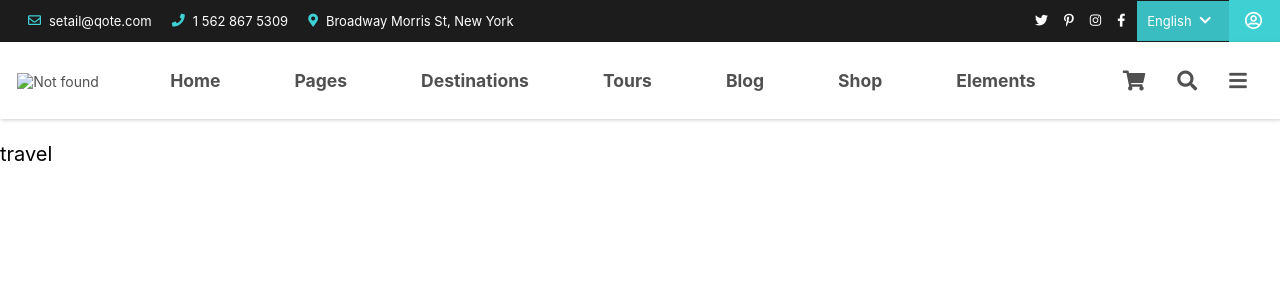
Repository: Hunga9k50doker/Setail
Page: /
These files come from the project's save history. The page is drawn as it stood at one moment and after the next save; the edit follows.
The browser window is 1280 px wide. The pictures show the whole page.
The project was rebuilt for these pictures with package versions that can differ from the ones it lists, and the page was loaded fresh each time. Also part of the build but not shown: src/views/home/exoticDestinations/exotic.js, src/views/home/winterHoliday/winter.js, src/views/pages/aboutUs/about.js, src/views/pages/ourTeam/ourTeam.js, src/views/pages/whatWeOffer/offer.js, src/views/destinations/destinationsItem/item.js, src/views/destinations/destinationsList/list.js, src/views/destinations/destinationsSlider/slider.js and 27 more.

Above is the page before, as saved 2021-10-22 14:53:51.

After the next save:
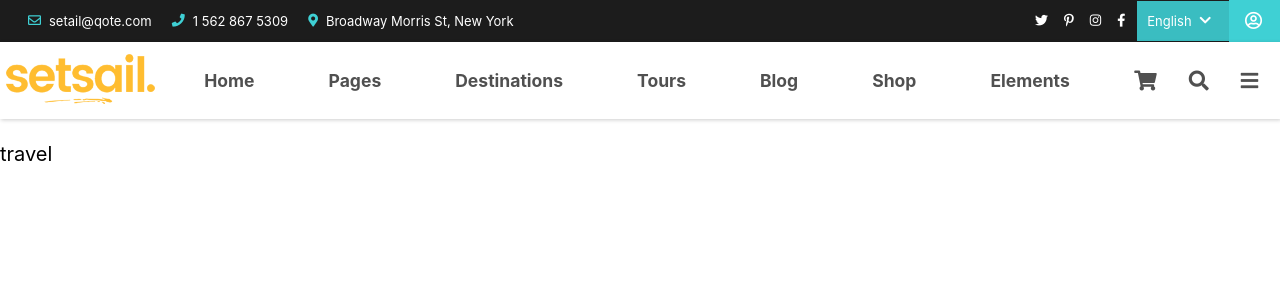
Saved 4 s later.
--- a/src/components/Navigation/Nav.js
+++ b/src/components/Navigation/Nav.js
@@ -19,14 +19,14 @@ const Nav = () => {
     <div className="nav">
       <Link to="">
         <img
-          src=""
+          src="./logo/logo-footer.png"
           alt="Not found"
           className="nav__logo"
         />
       </Link>
       <ul className="nav__list">
         <li className="nav__list-item nav__list-item-Home">
-          <h3   activeClassName="active" className="nav__list-item-title">
+          <h3 activeClassName="active" className="nav__list-item-title">
             Home
           </h3>
           <div className="nav__list-item-selections">
@@ -55,7 +55,7 @@ const Nav = () => {
           </div>
         </li>
         <li className="nav__list-item nav__list-item-Pages">
-          <h3  className="nav__list-item-title">Pages</h3>
+          <h3 className="nav__list-item-title">Pages</h3>
           <div className="nav__list-item-selections">
             <NavLink
               to="/pages/about-us"
@@ -81,7 +81,7 @@ const Nav = () => {
           </div>
         </li>
         <li className="nav__list-item nav__list-item-Destinations">
-          <h3  className="nav__list-item-title">Destinations</h3>
+          <h3 className="nav__list-item-title">Destinations</h3>
           <div className="nav__list-item-selections">
             <NavLink
               to="/destinations/list"
@@ -107,7 +107,7 @@ const Nav = () => {
           </div>
         </li>
         <li className="nav__list-item nav__list-item-Tours">
-          <h3  className="nav__list-item-title">Tours</h3>
+          <h3 className="nav__list-item-title">Tours</h3>
           <div className="nav__list-item-selections">
             <NavLink
               to="/tours/standard-list"
@@ -133,7 +133,7 @@ const Nav = () => {
           </div>
         </li>
         <li className="nav__list-item nav__list-item-Blog">
-          <h3  className="nav__list-item-title">Blog</h3>
+          <h3 className="nav__list-item-title">Blog</h3>
           <div className="nav__list-item-selections">
             <NavLink
               to="/blog/masonry"
@@ -215,7 +215,7 @@ const Nav = () => {
           </div>
         </li>
         <li className="nav__list-item nav__list-item-Elements">
-          <h3  className="nav__list-item-title">Elements</h3>
+          <h3 className="nav__list-item-title">Elements</h3>
           <div className="nav__list-item-selections">
             <ul className="nav__list-item-selection sub-category">
               <li className="sub-category-item">Featured</li>
